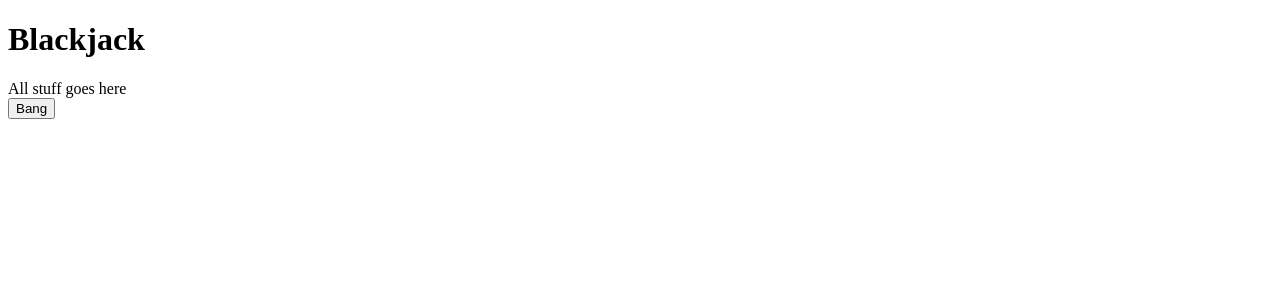
Repository: filiptodoric/blackjack-eclipse
Page: blackjack/WebContent/index.html
The author's editor kept a copy of each file at every save. The page is drawn from the files as they stood at one save, then again after the next save.
The browser window is 1280 px wide. The pictures show the whole page.
After loading, the first visible `button` was clicked once.
Some web libraries are served in a nearby version.

Above is the page before, as saved 2015-11-07 03:11:58.
Console error: ReferenceError: change is not defined

### blackjack/WebContent/index.html
<!DOCTYPE html>
<html>
<head>
<meta charset="UTF-8">
<title>Blackjack</title>
</head>
<script src="https://ajax.googleapis.com/ajax/libs/jquery/2.1.3/jquery.min.js"></script>
<script src="../blackjack/deck.js"></script>
<script>
	var deck = getDeck();
</script>
<body>
<h1>Blackjack</h1>
  <div id="test"> All stuff goes here </div>
  <button onclick="change()">Bang</button>
</body>
</html>

### blackjack/WebContent/deck.js
/**
 *
 */
function createDeck() {
	var newDeck = [];
	var usedCards = [];
	var deckIndex = 0;
	for (var x = 0; x <= 3; x++) {
		for (var i = 1; i < 14; i++) {
			newDeck[deckIndex] = i;
			deckIndex++
		}
	}
	return newDeck;
}

function shuffle(array) {
	for (var j, x, i = array.length; i; j = Math.floor(Math.random() * i), x = array[--i], array[i] = array[j], array[j] = x);
	return array;
}

function getDeck()	{
	return shuffle(createDeck());
}

After the next save:
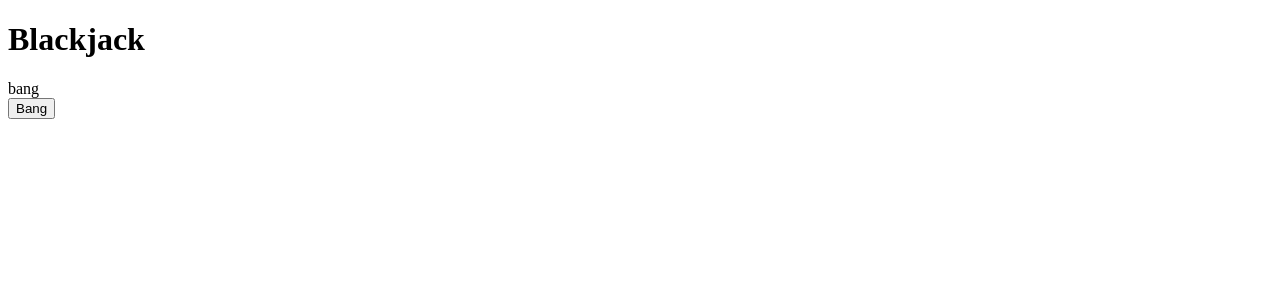
The error is gone.
Saved 40 s later.
--- a/blackjack/WebContent/index.html
+++ b/blackjack/WebContent/index.html
@@ -8,6 +8,9 @@
 <script src="../blackjack/deck.js"></script>
 <script>
 	var deck = getDeck();
+	function change(){
+		  $("#test").html("bang");
+		}
 </script>
 <body>
 <h1>Blackjack</h1>
